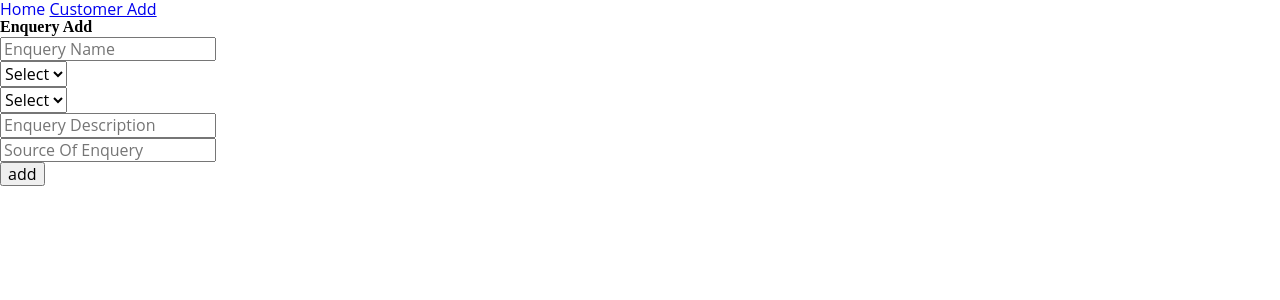
Repository: karthik-H/vms
Page: http://localhost/vms/enquiry-add.jsp
An editor plug-in stored every save of this project. The page is shown before and after the next save, followed by the edit.
The browser window is 1280 px wide. The pictures show the whole page.
Some web libraries are served in a nearby version. The page is served by Tomcat 9. Other server files are loaded and not shown. Queries for data that is not in the repository find no rows.

Above is the page before, as saved 2019-01-25 08:46:19.

### Vehicle/vms/src/main/webapp/enquiry-add.jsp
<%@ page language="java" contentType="text/html; charset=ISO-8859-1"
    pageEncoding="ISO-8859-1"%>
<!DOCTYPE html PUBLIC "-//W3C//DTD HTML 4.01 Transitional//EN" "http://www.w3.org/TR/html4/loose.dtd">
<jsp:useBean id="mybean1" class="com.vms.Enquiry_Add" scope="request" />
<html >
<head>
  <meta charset="UTF-8">
  <title>Enquery Details</title>
  <link rel="stylesheet" href="https://cdnjs.cloudflare.com/ajax/libs/normalize/5.0.0/normalize.min.css">
  <link rel='stylesheet prefetch' href='http://maxcdn.bootstrapcdn.com/font-awesome/4.3.0/css/font-awesome.min.css'>
      <link rel="stylesheet" href="css/style.css">
</head>
<body>
<div class="container">
<a href="home.jsp">Home</a>
    <a href="customer-add.jsp">Customer Add</a>
  <form method="post" action="Enquiry_Add">
    <div class="row">
      <h4>Enquery Add</h4>
      <div class="input-group input-group-icon">
        <input type="text" placeholder="Enquery Name" name="enqueryName"/>
      </div>
      <div class="input-group input-group-icon">
       <select name="contactId"><%=mybean1.populateContact() %></select>
      </div>
	   <div class="input-group input-group-icon">
	   <select name="itemId"><%=mybean1.populateItem() %></select>
      </div>
	     <div class="input-group input-group-icon">
        <input type="text" placeholder="Enquery Description" name="enqueryDesc"/>
      </div>
         <div class="input-group input-group-icon">
        <input type="text" placeholder="Source Of Enquery" name="soe"/>
      </div>
      <div class="input-group input-group-icon">
       <input type="submit" value="add" />
      </div>
    </div>
  </form>
</div>
  <script src='http://cdnjs.cloudflare.com/ajax/libs/jquery/2.1.3/jquery.min.js'></script>
    <script  src="js/index.js"></script>
</body>
</html>

Loaded but not shown: Vehicle/vms/src/main/webapp/css/style.css (2642 lines, source omitted)

After the next save:
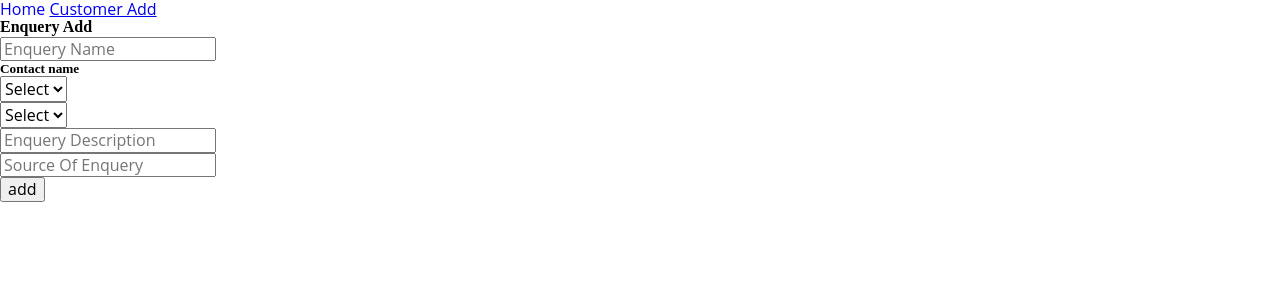
Saved 112 s later.
--- a/Vehicle/vms/src/main/webapp/enquiry-add.jsp
+++ b/Vehicle/vms/src/main/webapp/enquiry-add.jsp
@@ -21,6 +21,9 @@
         <input type="text" placeholder="Enquery Name" name="enqueryName"/>
       </div>
       <div class="input-group input-group-icon">
+      <div class="row">
+      <h5>Contact name</h5>
+      </div>
        <select name="contactId"><%=mybean1.populateContact() %></select>
       </div>
 	   <div class="input-group input-group-icon">
